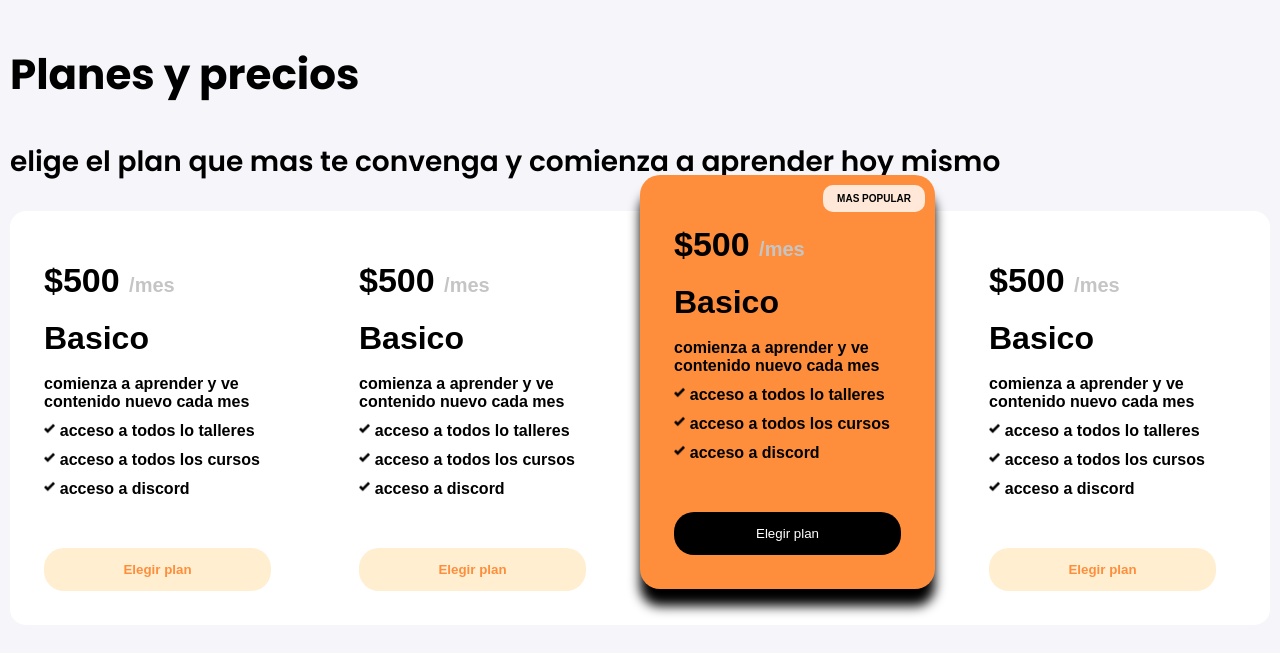
Repository: darkmantiz2/Tarjetas-planes
Page: index.html
The author's editor kept a copy of each file at every save. The page is drawn from the files as they stood at one save, then again after the next save.
The browser window is 1280 px wide. The pictures show the whole page.

Above is the page before, as saved 2022-01-11 15:05:12.

After the next save:
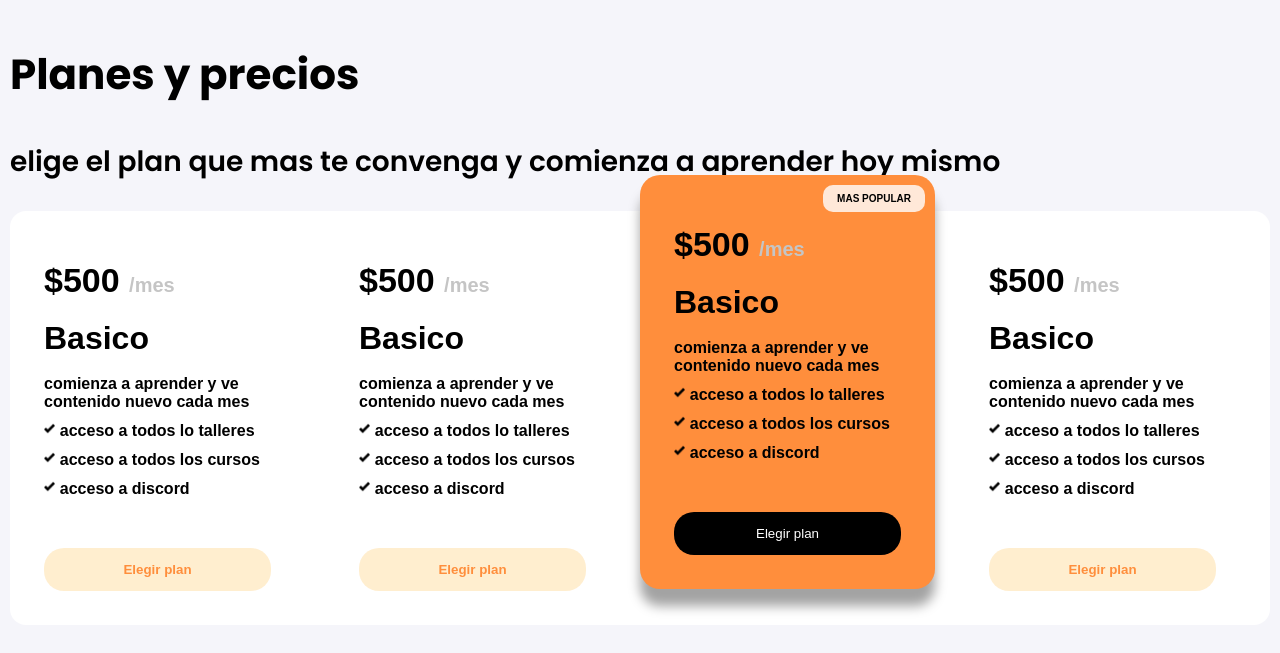
Saved 84 s later.
--- a/css/index.css
+++ b/css/index.css
@@ -61,7 +61,7 @@ body {
   background-color: var(--primary);
   font-size: medium;
   transform: translateY(-36px);
-  box-shadow: 0px 17px 12px 0px;
+  box-shadow: 0px 17px 12px 0px var(--grey-2);
 }
 
 
